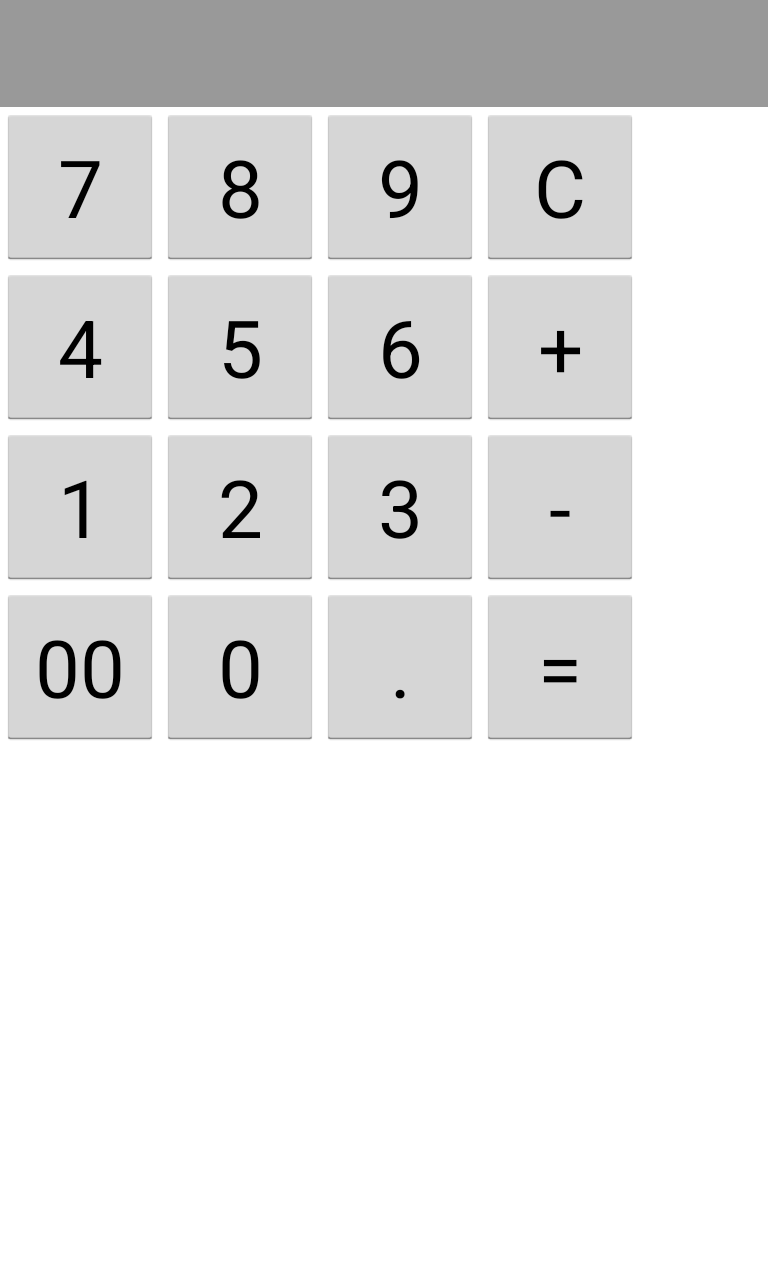
Repository: hirokuni/workspace_calc
Layout: Calculator/res/layout/activity_main.xml
An editor plug-in stored every save of this project. The layout is shown before and after the next save, followed by the edit.
It is drawn on a 768 x 1280 px phone screen (xhdpi) without system bars, with theme AppTheme; the app's code is not run.

Above is the layout before, as saved 2014-01-27 12:49:11.

### Calculator/res/layout/activity_main.xml
<LinearLayout xmlns:android="http://schemas.android.com/apk/res/android"
    android:orientation="vertical"
    android:layout_width="fill_parent"
    android:layout_height="fill_parent"
    >
 <TextView
 android:id="@+id/display"
     android:layout_width="fill_parent"
     android:layout_height="wrap_content"
     android:text=""
     android:textSize="40dip"
     android:textColor="#f39800"
     android:gravity="right"
     android:background="#999999"
    />
    <LinearLayout
     android:orientation="horizontal"
     android:layout_width="fill_parent"
     android:layout_height="wrap_content"
        >
 <Button
 android:id="@+id/button7"
 android:text="7"
 android:textSize="40dip"
 android:layout_width="80dip"
 android:layout_height="80dip">
 </Button>
 <Button
 android:id="@+id/button8"
 android:text="8"
 android:textSize="40dip"
 android:layout_width="80dip"
 android:layout_height="80dip">
 </Button>
 <Button
 android:id="@+id/button9"
 android:text="9"
 android:textSize="40dip"
 android:layout_width="80dip"
 android:layout_height="80dip">
 </Button>
 <Button
 android:id="@+id/buttonClear"
 android:text="C"
 android:textSize="40dip"
 android:layout_width="80dip"
 android:layout_height="80dip">
 </Button>
    </LinearLayout>
    <LinearLayout
     android:orientation="horizontal"
     android:layout_width="fill_parent"
     android:layout_height="wrap_content"
        >
 <Button
 android:id="@+id/button4"
 android:text="4"
 android:textSize="40dip"
 android:layout_width="80dip"
 android:layout_height="80dip">
 </Button>
 <Button
 android:id="@+id/button5"
 android:text="5"
 android:textSize="40dip"
 android:layout_width="80dip"
 android:layout_height="80dip">
 </Button>
 <Button
 android:id="@+id/button6"
 android:text="6"
 android:textSize="40dip"
 android:layout_width="80dip"
 android:layout_height="80dip">
 </Button>
 <Button
 android:id="@+id/buttonPlus"
 android:text="+"
 android:textSize="40dip"
 android:layout_width="80dip"
 android:layout_height="80dip">
 </Button>
    </LinearLayout>
     <LinearLayout
     android:orientation="horizontal"
     android:layout_width="fill_parent"
     android:layout_height="wrap_content"
        >
 <Button
 android:id="@+id/button1"
 android:text="1"
 android:textSize="40dip"
 android:layout_width="80dip"
 android:layout_height="80dip">
 </Button>
 <Button
 android:id="@+id/button2"
 android:text="2"
 android:textSize="40dip"
 android:layout_width="80dip"
 android:layout_height="80dip">
 </Button>
 <Button
 android:id="@+id/button3"
 android:text="3"
 android:textSize="40dip"
 android:layout_width="80dip"
 android:layout_height="80dip">
 </Button>
 <Button
 android:id="@+id/buttonMinus"
 android:text="-"
 android:textSize="40dip"
 android:layout_width="80dip"
 android:layout_height="80dip">
 </Button>
    </LinearLayout>
    <LinearLayout
     android:orientation="horizontal"
     android:layout_width="fill_parent"
     android:layout_height="wrap_content"
        >

        <Button
            android:id="@+id/button00"
            android:layout_width="80dip"
            android:layout_height="80dip"
            android:text="00"
            android:textSize="40dip" />

 <Button
 android:id="@+id/button0"
 android:text="0"
 android:textSize="40dip"
 android:layout_width="80dip"
 android:layout_height="80dip">
 </Button>

 <Button
 android:id="@+id/buttonTen"
 android:text="."
 android:textSize="40dip"
 android:layout_width="80dip"
 android:layout_height="80dip">
 </Button>

 <Button
     android:id="@+id/buttonEqual"
     android:layout_width="80dip"
     android:layout_height="80dip"
     android:text="="
     android:textSize="40dip" />

    </LinearLayout>

</LinearLayout>

Loaded but not shown: Calculator/res/values/styles.xml (common file); Calculator/res/values-v11/styles.xml (common file); Calculator/res/values-v14/styles.xml (common file)

After the next save:
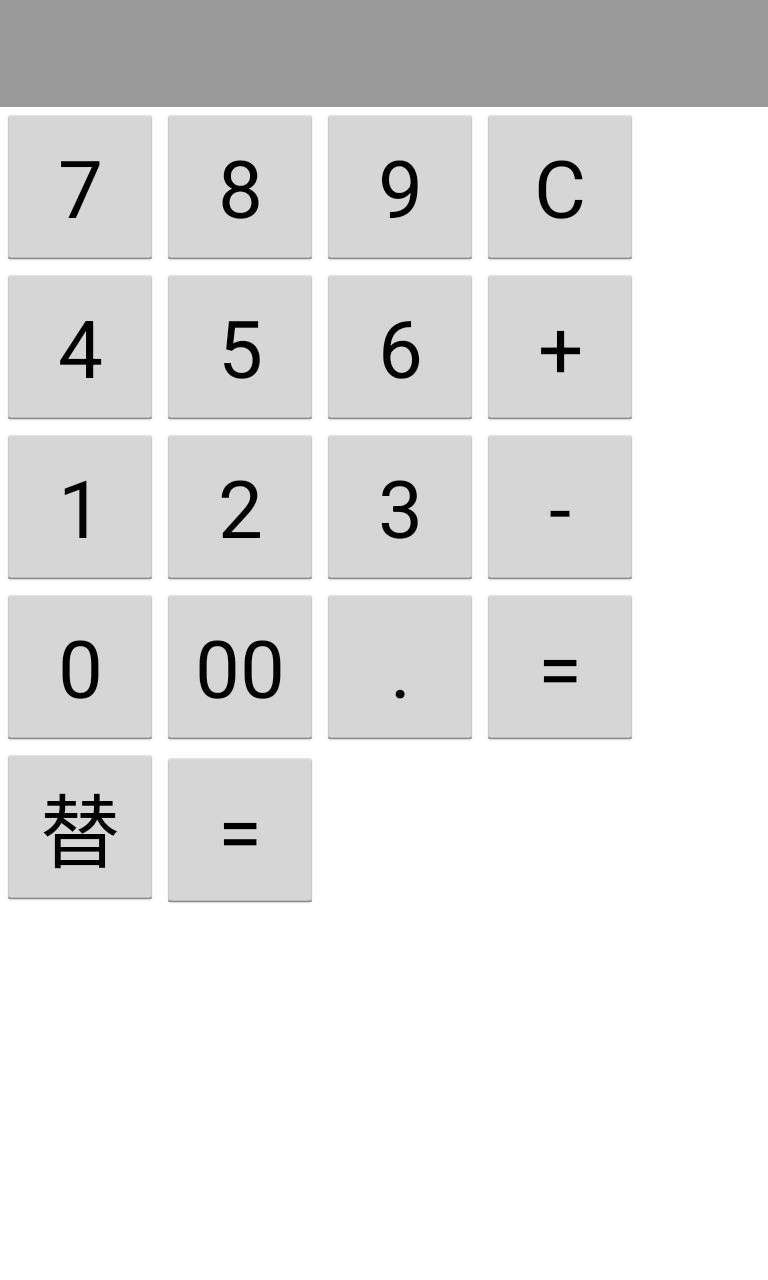
Saved 7 min 15 s later.
--- a/Calculator/res/layout/activity_main.xml
+++ b/Calculator/res/layout/activity_main.xml
@@ -3,6 +3,7 @@
     android:layout_width="fill_parent"
     android:layout_height="fill_parent"
     >
+
  <TextView
  android:id="@+id/display"
      android:layout_width="fill_parent"
@@ -107,50 +108,69 @@
  android:layout_width="80dip"
  android:layout_height="80dip">
  </Button>
- <Button
- android:id="@+id/buttonMinus"
- android:text="-"
- android:textSize="40dip"
- android:layout_width="80dip"
- android:layout_height="80dip">
- </Button>
-    </LinearLayout>
-    <LinearLayout
-     android:orientation="horizontal"
-     android:layout_width="fill_parent"
-     android:layout_height="wrap_content"
-        >
-
-        <Button
-            android:id="@+id/button00"
-            android:layout_width="80dip"
-            android:layout_height="80dip"
-            android:text="00"
-            android:textSize="40dip" />
 
  <Button
- android:id="@+id/button0"
- android:text="0"
- android:textSize="40dip"
- android:layout_width="80dip"
- android:layout_height="80dip">
- </Button>
-
- <Button
- android:id="@+id/buttonTen"
- android:text="."
- android:textSize="40dip"
- android:layout_width="80dip"
- android:layout_height="80dip">
- </Button>
-
- <Button
-     android:id="@+id/buttonEqual"
+     android:id="@+id/buttonMinus"
      android:layout_width="80dip"
      android:layout_height="80dip"
-     android:text="="
+     android:text="-"
      android:textSize="40dip" />
 
     </LinearLayout>
 
+     <LinearLayout
+         android:layout_width="fill_parent"
+         android:layout_height="wrap_content"
+         android:orientation="horizontal" >
+
+         <Button
+             android:id="@+id/Button02"
+             android:layout_width="80dip"
+             android:layout_height="80dip"
+             android:text="0"
+             android:textSize="40dip" />
+
+         <Button
+             android:id="@+id/Button01"
+             android:layout_width="80dip"
+             android:layout_height="80dip"
+             android:text="00"
+             android:textSize="40dip" />
+
+         <Button
+             android:id="@+id/Button03"
+             android:layout_width="80dip"
+             android:layout_height="80dip"
+             android:text="."
+             android:textSize="40dip" />
+
+         <Button
+             android:id="@+id/Button04"
+             android:layout_width="80dip"
+             android:layout_height="80dip"
+             android:text="="
+             android:textSize="40dip" />
+     </LinearLayout>
+
+    <LinearLayout
+        android:layout_width="fill_parent"
+        android:layout_height="wrap_content"
+        android:orientation="horizontal" >
+
+        <Button
+            android:id="@+id/button0"
+            android:layout_width="80dip"
+            android:layout_height="80dip"
+            android:text="替"
+            android:textSize="40dip" >
+        </Button>
+
+        <Button
+            android:id="@+id/buttonEqual"
+            android:layout_width="80dip"
+            android:layout_height="80dip"
+            android:text="="
+            android:textSize="40dip" />
+    </LinearLayout>
+
 </LinearLayout>
